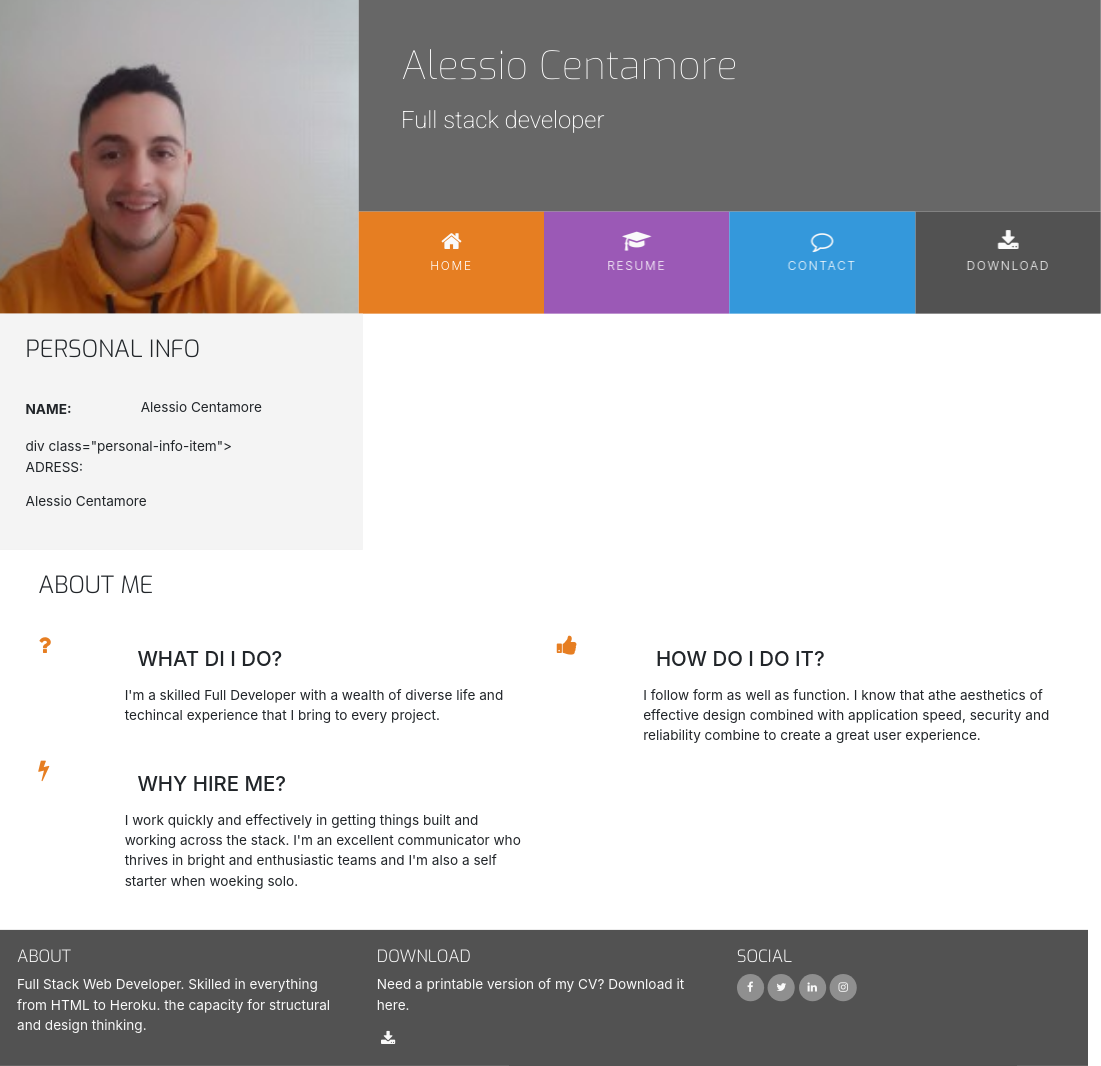
Repository: Baal89/Resume
Page: index.html
The author's editor kept a record of every edit. The page is drawn from the files as they stood at one moment, then again after the next edit.
The browser window is 1280 px wide. The page is 1295 px wide, so the pictures cover 1295 px, including what lies to the right of the window. The pictures show the whole page, at 85% of full size.

Above is the page before.

### index.html
<!DOCTYPE html>
<html lang="en">

<head>
    <meta charset="UTF-8">
    <meta name="viewport" content="width=device-width, initial-scale=1.0">
    <meta http-equiv="X-UA-Compatible" content="ie=edge">
    <link rel="stylesheet" href="https://stackpath.bootstrapcdn.com/bootstrap/4.4.1/css/bootstrap.min.css" integrity="sha384-Vkoo8x4CGsO3+Hhxv8T/Q5PaXtkKtu6ug5TOeNV6gBiFeWPGFN9MuhOf23Q9Ifjh" crossorigin="anonymous">
    <link href="https://stackpath.bootstrapcdn.com/font-awesome/4.7.0/css/font-awesome.min.css" rel="stylesheet" integrity="sha384-wvfXpqpZZVQGK6TAh5PVlGOfQNHSoD2xbE+QkPxCAFlNEevoEH3Sl0sibVcOQVnN" crossorigin="anonymous">
    <link rel="stylesheet" href="https://cdnjs.cloudflare.com/ajax/libs/hover.css/2.3.1/css/hover-min.css" type="text/css" />
    <link rel="stylesheet" href="assets/css/style.css" type="text/css" />
    <title>Alessio</title>
</head>

<body>

    <header>
        <div class="row">
            <a href="index.html" class="col-md-4 logo px-0">

            </a>
            <div class="col-md-8">
                <div class="row bg-color-name-title">
                    <div class="col heading px-0">
                        <h1 class="name">Alessio Centamore</h1>
                        <h2 class="title">Full stack developer</h2>
                    </div>
                </div>
                <div class="row">
                    <div class="col px-0">
                        <ul id="nav" class="list-inline menu-container">
                            <li class="col-6 col-sm-3 ui-menu-color-home list-inline-item menuitem">
                                <a href="#" class="hvr-sweep-to-bottom"><i class="fa fa-home" aria-hidden="true"></i><span>Home</span></a>
                            </li>
                            <li class="col-6 col-sm-3 ui-menu-color-resume list-inline-item menuitem">
                                <a href="#" class="hvr-sweep-to-bottom"><i class="fa fa-graduation-cap" aria-hidden="true"></i><span>Resume</span></a>
                            </li>
                            <li class="col-6 col-sm-3 ui-menu-color-contact list-inline-item menuitem">
                                <a href="#" class="hvr-sweep-to-bottom"><i class="fa fa-comment-o" aria-hidden="true"></i><span>Contact</span></a>
                            </li>
                            <li class="col-6 col-sm-3 ui-menu-color-download list-inline-item menuitem">
                                <a href="#" class="hvr-sweep-to-bottom"><i class="fa fa-download" aria-hidden="true"></i><span>Download</span></a>
                            </li>
                        </ul>
                    </div>
                </div>
            </div>
        </div>
    </header>

    <section class="container-fluid">
        <div class="row">
            <div class="col-md-4 bg-color-personal-info section-column">
                <div class="row">
                    <div class="col-12">
                        <h3 class="section-heading uppercase">Personal info</h3>
                    </div>
                </div>
                <div class="personal-info-item">
                    <div class="key">
                        <p class="uppercase">
                            Name:
                        </p>
                    </div>
                    <div class="value">
                        <p>
                            Alessio Centamore
                        </p>
                    </div>
                </div>
                div class="personal-info-item">
                    <div class="key">
                        <p class="uppercase">
                            Adress:
                        </p>
                    </div>
                    <div class="value">
                        <p>
                            Alessio Centamore
                        </p>
                    </div>
                </div>
            </div>
            <div class="col-md-8 color-three-reasons section-column">
                <div class="row">
                    <div class="col">
                        <h3 class="section-heading uppercase">about me</h3>
                    </div>
                </div>
                <div class="row">
                    <div class="col-10 offset-1 offset-sm-0 col-sm-4 col-md-6">
                        <div class="row">
                            <div class="col-2">
                                <i class="three-resons-icon fa fa-question" aria-hidden="true"></i>
                            </div>
                            <div class="col-10">
                                <h4 class="three-reasons-heading uppercase">What di I do?</h4>
                                <p>I'm a skilled Full Developer with a wealth of diverse life and
                                techincal experience that I bring to every project.</p>
                            </div>
                        </div>
                    </div>
                    <div class="col-10 offset-1 offset-sm-0 col-sm-4 col-md-6">
                        <div class="row">
                            <div class="col-2">
                                <i class="three-resons-icon fa fa-thumbs-up" aria-hidden="true"></i>
                            </div>
                            <div class="col-10">
                                <h4 class="three-reasons-heading uppercase">How do I do it?</h4>
                                <p>I follow form as well as function. I know that athe aesthetics of effective
                                design combined with application speed, security and reliability combine to
                                create a great user experience.</p>
                            </div>
                        </div>
                    </div>
                    <div class="col-10 offset-1 offset-sm-0 col-sm-4 col-md-6">
                        <div class="row">
                            <div class="col-2">
                                <i class="three-resons-icon fa fa-bolt" aria-hidden="true"></i>
                            </div>
                            <div class="col-10">
                                <h4 class="three-reasons-heading uppercase">Why hire me?</h4>
                                <p>I work quickly and effectively in getting things built and working across the stack. I'm an excellent
                                communicator who thrives in bright and enthusiastic teams and I'm also a self starter when woeking solo.</p>
                            </div>
                        </div>
                    </div>
                </div>
            </div>
        </div>
    </section>

    <footer class="container-fluid" id="footer-details">
        <div class="row">
            <div class="col-sm-4">
                <h5 class="uppercase general-sub">About</h5>
                <p class="inline-block">Full Stack Web Developer. Skilled in everything from HTML to Heroku. the capacity for structural and design thinking.</p>
            </div>
            <div class="col-sm-4">
                <h5 class="uppercase general-sub">Download</h5>
                <p class="inline-block">Need a printable version of my CV? Download it here.</p>
                <a href="#" target="_blank" class="cv-pdf">
                    <i class="fa fa-download" aria-hidden="true"></i>
                    <span class="sr-only">Download link.</span>
                </a>
            </div>
            <div class="col-sm-4">
                <h5 class="uppercase general-sub">Social</h5>
                <ul class="list-inline social-links">
                    <li class="list-inline-item">
                        <a target="_blank" href="#">
                            <i class="fa fa-facebook" aria-hidden="true"></i>
                            <span class="sr-only">Facebook</span>
                        </a>
                    </li>
                     <li class="list-inline-item">
                        <a target="_blank" href="#">
                            <i class="fa fa-twitter" aria-hidden="true"></i>
                            <span class="sr-only">Twitter</span>
                        </a>
                    </li>
                     <li class="list-inline-item">
                        <a target="_blank" href="#">
                            <i class="fa fa-linkedin" aria-hidden="true"></i>
                            <span class="sr-only">Linkedin</span>
                        </a>
                    </li>
                     <li class="list-inline-item">
                        <a target="_blank" href="#">
                            <i class="fa fa-instagram" aria-hidden="true"></i>
                            <span class="sr-only">Instagram</span>
                        </a>
                    </li>
                </ul>
            </div>
        </div>
    </footer>

</body>

</html>

### assets/css/style.css
@import url('https://fonts.googleapis.com/css?family=Roboto:100,200,300,400,500,600,700|Exo:100,200,300,400,500,600,700&display=swap');


/*-----------------------------------------------------------------Colors */

.bg-color-name-title {
    background-color: #676767;
}

.bg-color-three-resons {
    background-color: #fff;
}

.bg-color-personal-info {
    background-color: #f4f4f4
}

.bg-color-personal-work-history {
    background-color: #9b59b6;
}

.ui-menu-color-home {
    background-color: #e67e22;
}

.ui-menu-color-resume {
    background-color: #9b59b6;
}

.ui-menu-color-contact {
    background-color: #3498db;
}

.ui-menu-color-download {
    background-color: #525252;
}

/* ---------------------------------------------------------------Special padding/margins/text */

h1,
h2,
h3,
h4 {
    margin: 0;
}

.uppercase {
    text-transform: uppercase;
}

.general-sub {
    font-family: "Exo", sans-serif;
    font-weight: 300;
    color: #fafafa;
}

.inline-block {
    display: inline-block;
}

.row-table {
    display: table;
}

.section-column {
    display: table-cell;
    padding: 0 30px 30px;
    float: none;
}

.section-heading,
.history-heading {
    font-family: "Exo", sans-serif;
    font-weight: 300;
    margin-top: 25px;
    margin-bottom: 40px;
}

/* ---------------------------------------------------------------Heading */

header {
    margin: 0;
}

.heading {
    margin-left: 50px;
}

.logo {
    background-image: url("../img/Alessio.jpg");
    background-position: center;
    background-repeat: no-repeat;
    background-size: cover;
    min-height: 360px;
    transition: all .5s ease-in-out;
    -moz-transition: all .5s ease-in-out;
    -webkit-transition: all .5s ease-in-out;
}

.name {
    font-family: Exo, sans-serif;
    font-weight: 100;
    font-size: 46px;
    margin-top: 50px;
    color: #ffffff;
}

.title {
    font-family: Roboto, sans-serif;
    font-weight: 200;
    font-size: 28px;
    margin-top: 20px;
    margin-bottom: 90px;
    color: #ffffff;
}

.list-inline-item:not(:last-child) {
    margin-right: 0 !important;
}

.menu-container {
    font-size: 0;
}

#nav li {
    font-size: 14px;
    padding: 0;
}

.menuitem {
    height: 120px;
    text-align: center;
    padding: 0;
}

.menuitem a {
    width: 100%;
    text-decoration: none;
    color: #fff;
    height: 120px;
}

.menuitem i {
    padding-top: 22px;
    display: block;
    color: #fafafa;
    font-size: 26px;
}

.menuitem span {
    display: block;
    width: 100%;
    padding-top: 5px;
    text-align: center;
    text-transform: uppercase;
    font-size: 14px;
    font-weight: 300;
    letter-spacing: 2px;
}

#nav {
    margin: 0;
}

/* ---------------------------------------------------------------Hover */

.hvr-sweep-to-bottom:before {
    background-color: rgba(0,0,0, 0.2);
    height: 120px;
}

/* --------------------------------------------------------------Footer */

footer {
    background-color: #525252;
    color: #fafafa;
    min-height: 120px;
    margin: 0;
}

.cv-pdf i {
    font-size: 18px;
    color: #fafafa;
    text-align: center;
    padding-left: 5px;
    transition: all 0.35s ease-in-out;
    -moz-0transition: all 0.35s ease-in-out;
    -webkit-transition: all 0.35s ease-in-out;
    -o-transition: all 0.35s ease-in-out;
}

.cv-pdf i:hover {
    color: #e84610;
}

.social-links {
    padding-bottom: 15px;
}

.social-links li a i {
    width: 32px;
    height: 32px;
    padding: 12px 0;
    border-radius: 50%;
    font-size: 13px;
    line-height: 7px;
    text-align: center;
    color: #fafafa;
    background-color: #8f8f8f;
    transition: all 0.35s ease-in-out;
    -moz-0transition: all 0.35s ease-in-out;
    -webkit-transition: all 0.35s ease-in-out;
    -o-transition: all 0.35s ease-in-out;
}

.social-links li a i:hover {
    background-color: #e84610;
}

#footer-details {
    padding: 20px;
}

/* --------------------------------------------------------------three reasons */


.three-resons-icon {
    font-size: 26px;
    color: #e67e22;
}

.three-reasons-heading {
    margin: 15px;
}

/* --------------------------------------------------------------Personal info*/

.personal-info-item {
    margin-bottom: 20px;
    display: block;
    clear: both;
}

.personal-info-item .key,
.personal-info-item .value {
    padding-right: 8px;
    display: inline-block;
}

.personal-info-item .key p,
.personal-info-item .value p {
    margin: 0;
}

.personal-info-item .key {
    width: 30%;
    margin-right: 21px;
    padding-top: 2px;
    vertical-align: top;
}

.personal-info-item .key p {
    font-weight: 700;
}

.personal-info-item .value {
    position: relative;
    width: 60%;
}

/* --------------------------------------------------------------skills */

.progress {
    position: relative;
    height: 25px;
    margin-bottom: 4px;
}

.progress-type {
    position: absolute;
    left: 0px;
    font-weight: 400;
    padding: 3px 30px 2px 10px;
    color: #fafafa;
    background-color: rgba(25, 25, 25, 0.2);
}

.progress-section {
    margin: 40px 20px;
}

/* ---------------------------------------------------------------work history */

.history-heading {
    color: #fafafa;
    margin-bottom: 50px;
}

.timeline-item {
    padding: 43em 2em 0em 2em;
    position: relative;
    color: #fafafa;
    border-left: 1px solid;
}

.timeline-item p {
    padding: 0;
    margin: 0;
}

.timeline-item:before {
    content: attr(data-dates);
    position: absolute;
    left: 2.5em;
    top: 3em;
    display: block;
    font-family: "Exo" , sans-serif;
    font-weight: 500;
    font-size: 0.8em;
    padding: 0;
    margin: 0;
}

.tiimeline-item:after {
    width: 12px;
    height: 12px;
    display: block;
    top: 2.4em;
    position: absolute;
    left: -6px;
    border-radius: 12px;
    content: "";
    background-color: #fafafa;
}

After the next edit:
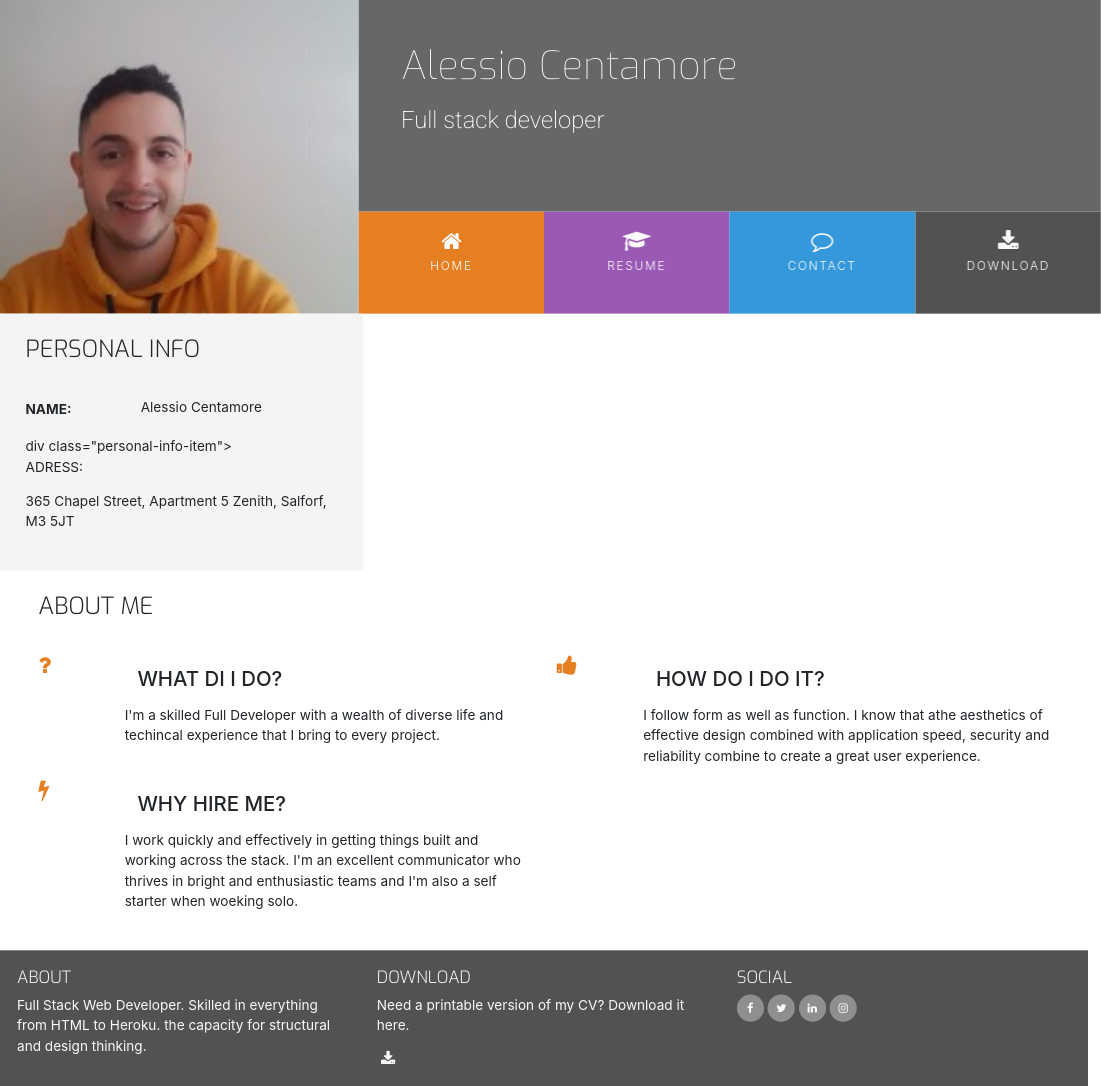
The edit:
--- a/index.html
+++ b/index.html
@@ -76,7 +76,7 @@
                     </div>
                     <div class="value">
                         <p>
-                            Alessio Centamore
+                            365 Chapel Street, Apartment 5 Zenith, Salforf, M3 5JT
                         </p>
                     </div>
                 </div>
